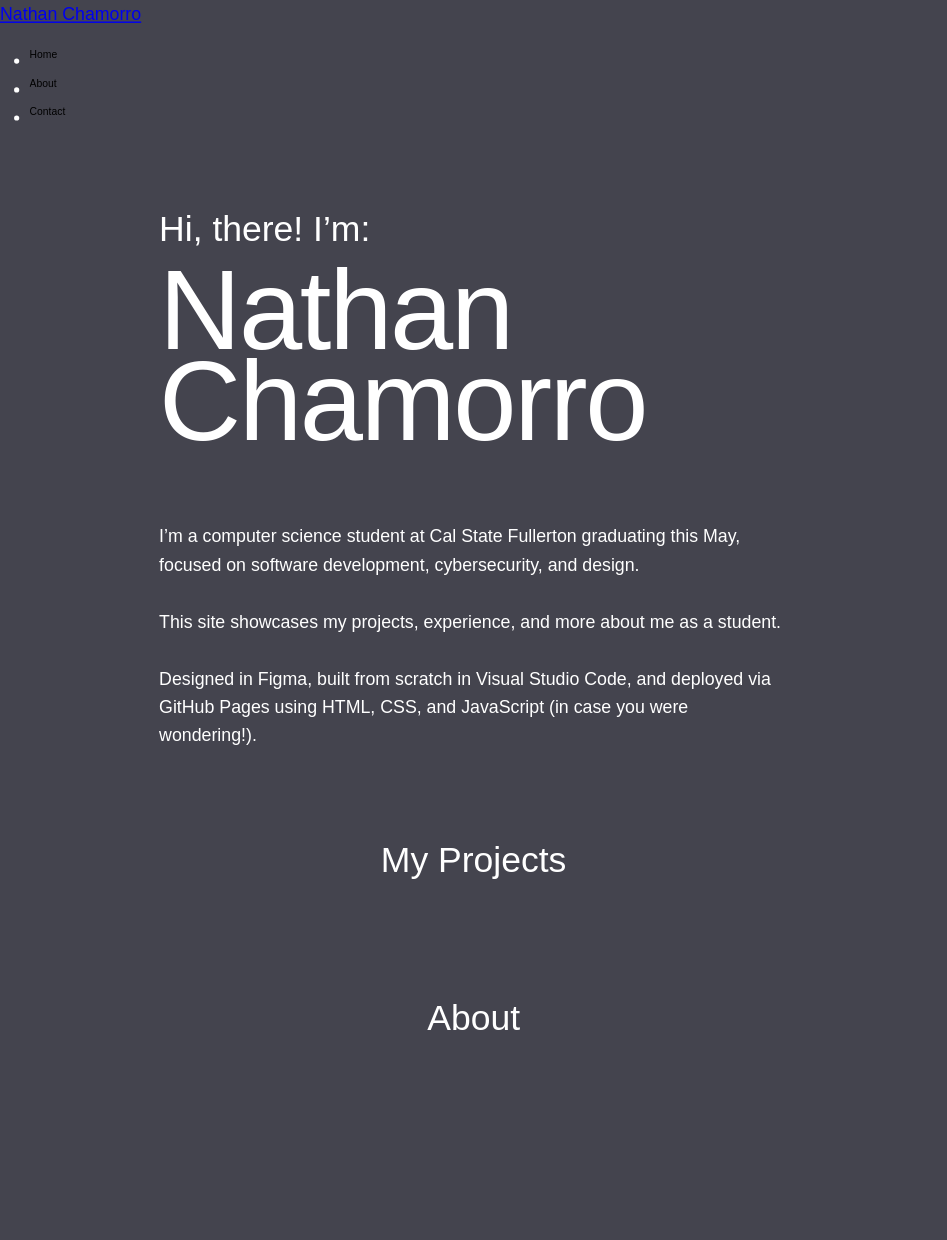
Repository: nathanchamorro1/nathanchamorro1.github.io
Page: index.html
These files come from the project's save history. The page is drawn as it stood at one moment and after the next save; the edit follows.
The browser window is 1280 px wide. The pictures show the whole page, at 74% of full size.
Some web fonts or font styles are not loaded; a fallback is used.

Above is the page before, as saved 2026-02-17 21:17:38.

After the next save:
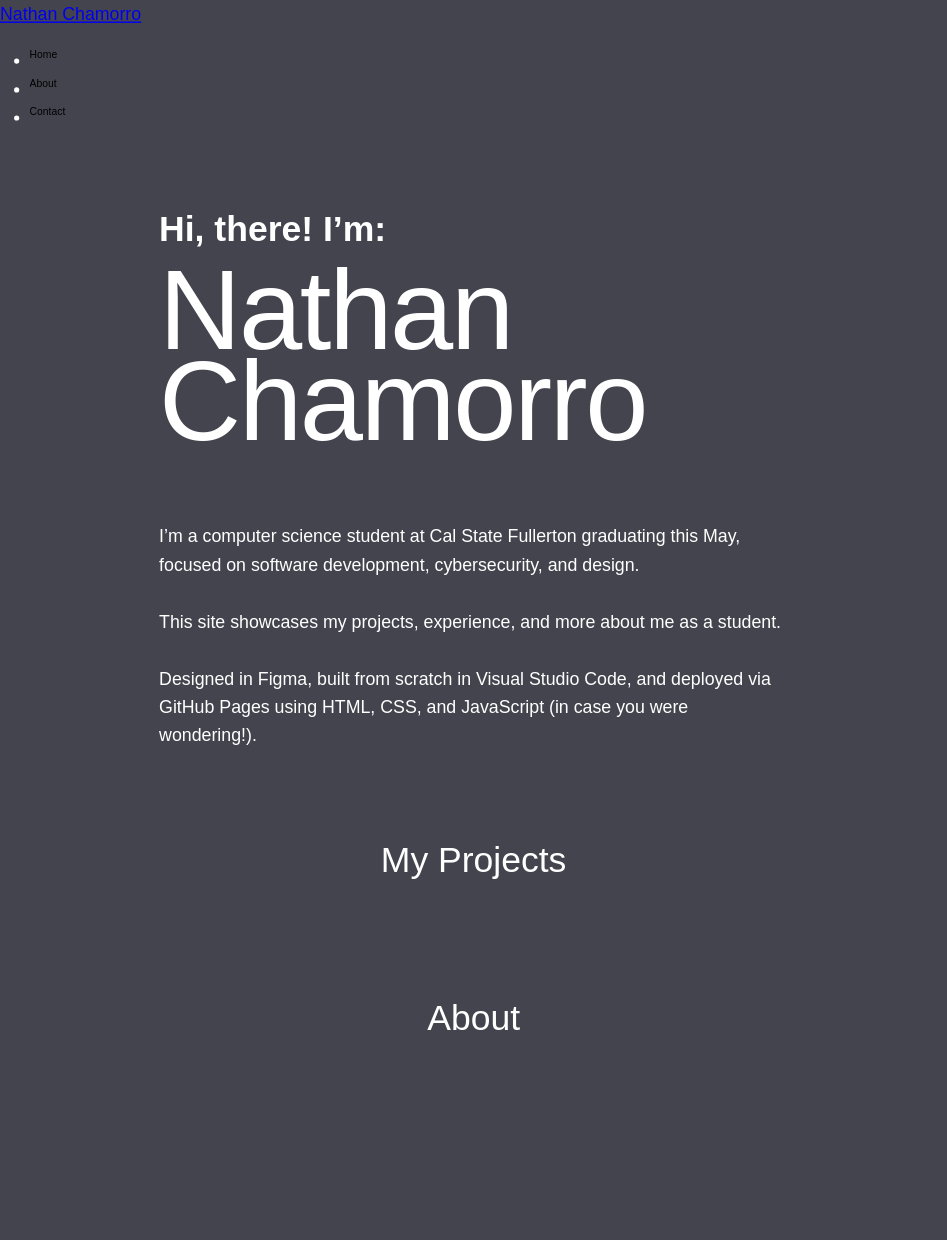
Saved 13 s later.
--- a/css/style.css
+++ b/css/style.css
@@ -45,7 +45,7 @@ h1 {
 h2 {
     color: white;
     font-family: "museo-sans", sans-serif;
-    font-weight: 300;
+    font-weight: 700;
     font-variation-settings: "wght" 400;
     font-size: 3rem;
     opacity: 0.8;
